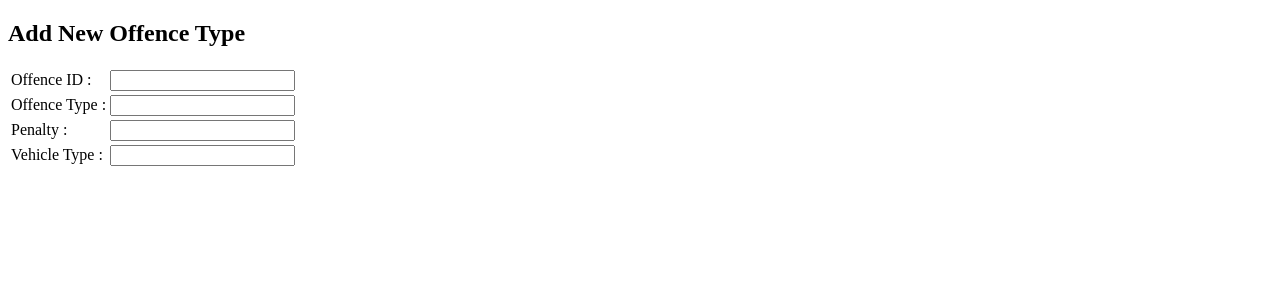
Repository: saurabhaahujaa/learning-java-springboot
Page: Hibernate-Spring-RESTFul-SpringBoot-Microservices/Workspace/Day-3-Spring-Restful-Workspace/SpringWS/Lesson06-UI-Spring-ORM/WebContent/AddNewOffenceType.html
An editor plug-in stored every save of this project. The page is shown before and after the next save, followed by the edit.
The browser window is 1280 px wide. The pictures show the whole page.

Above is the page before, as saved 2023-03-29 05:02:11.

### Hibernate-Spring-RESTFul-SpringBoot-Microservices/Workspace/Day-3-Spring-Restful-Workspace/SpringWS/Lesson06-UI-Spring-ORM/WebContent/AddNewOffenceType.html
<!DOCTYPE html>
<html>
<head>
<meta charset="ISO-8859-1">
<title>Insert title here</title>
</head>
<body>
	<h2> Add New Offence Type </h2>
	<table>
		<tr>
			<td> Offence ID : </td>
			<td> <input type="text" name="offenceId" /> </td>
		</tr>
		<tr>
			<td> Offence Type : </td>
			<td> <input type="text" name="offenceType" /> </td>
		</tr>
		<tr>
			<td> Penalty : </td>
			<td> <input type="text" name="penalty" /> </td>
		</tr>
		<tr>
			<td> Vehicle Type : </td>
			<td> <input type="text" name="vehicleType" /> </td>
		</tr>


	</table>

</body>
</html>

After the next save:
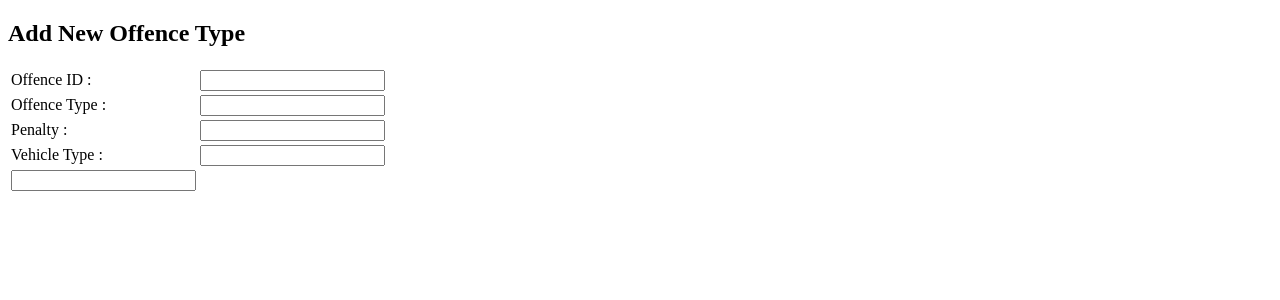
Saved 2 min 11 s later.
--- a/Hibernate-Spring-RESTFul-SpringBoot-Microservices/Workspace/Day-3-Spring-Restful-Workspace/SpringWS/Lesson06-UI-Spring-ORM/WebContent/AddNewOffenceType.html
+++ b/Hibernate-Spring-RESTFul-SpringBoot-Microservices/Workspace/Day-3-Spring-Restful-Workspace/SpringWS/Lesson06-UI-Spring-ORM/WebContent/AddNewOffenceType.html
@@ -6,6 +6,7 @@
 </head>
 <body>
 	<h2> Add New Offence Type </h2>
+	<form method="POST" action="">
 	<table>
 		<tr>
 			<td> Offence ID : </td>
@@ -23,9 +24,12 @@
 			<td> Vehicle Type : </td>
 			<td> <input type="text" name="vehicleType" /> </td>
 		</tr>
+		<tr>
+			<td> <input type="text" name="offenceId" /> </td>
+		</tr>
 
 
 	</table>
-
+		</form>
 </body>
 </html>
